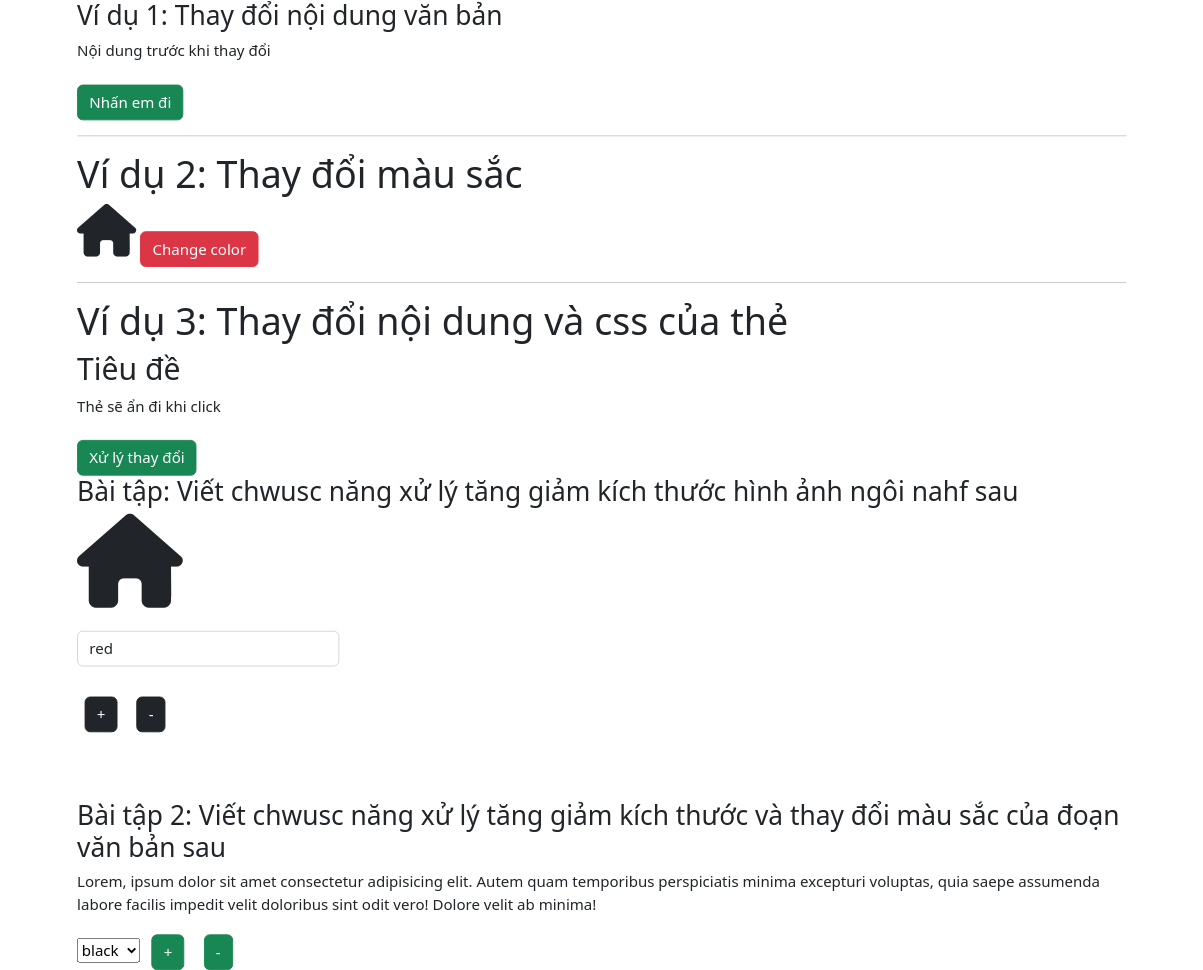
Repository: hcozyph/cyberSoft_JS_fulldocs
Page: JS_2/index.html
The author's editor kept a copy of each file at every save. The page is drawn from the files as they stood at one save, then again after the next save.
The browser window is 1280 px wide. The pictures show the whole page, at 94% of full size.

Above is the page before, as saved 2023-02-08 19:05:30.

### JS_2/index.html
<!-- bs5-$ -->
<!DOCTYPE html>
<html lang="en">
    <head>
        <title>Title</title>
        <!-- Required meta tags -->
        <meta charset="utf-8" />
        <meta
            name="viewport"
            content="width=device-width, initial-scale=1, shrink-to-fit=no"
        />

        <!-- Bootstrap CSS v5.2.1 -->
        <link
            href="https://cdn.jsdelivr.net/npm/bootstrap@5.2.1/dist/css/bootstrap.min.css"
            rel="stylesheet"
            integrity="sha384-iYQeCzEYFbKjA/T2uDLTpkwGzCiq6soy8tYaI1GyVh/UjpbCx/TYkiZhlZB6+fzT"
            crossorigin="anonymous"
        />

        <!-- FontAwesome 6.2.0 CSS -->
        <link
            rel="stylesheet"
            href="https://cdnjs.cloudflare.com/ajax/libs/font-awesome/6.2.0/css/all.min.css"
            integrity="sha512-xh6O/CkQoPOWDdYTDqeRdPCVd1SpvCA9XXcUnZS2FmJNp1coAFzvtCN9BmamE+4aHK8yyUHUSCcJHgXloTyT2A=="
            crossorigin="anonymous"
            referrerpolicy="no-referrer"
        />

        <!-- index.CSS -->
        <link rel="stylesheet" href="./style/index.css" />
    </head>

    <body>
        <div class="container">
            <h1 class="fs-3">Ví dụ 1: Thay đổi nội dung văn bản</h1>
            <p id="txtNoiDung">Nội dung trước khi thay đổi</p>
            <button
                class="btn btn-success mt-2"
                id="btnThayDoi"
                onclick="thayDoiNoiDung()"
            >
                Nhấn em đi
            </button>

            <hr />

            <h1>Ví dụ 2: Thay đổi màu sắc</h1>
            <i class="fa fa-home display-4" id="home"></i>
            <button class="btn btn-danger mt-2" onclick="changeColor()">
                Change color
            </button>

            <hr />

            <h1>Ví dụ 3: Thay đổi nội dung và css của thẻ</h1>
            <h2 id="tieuDe">Tiêu đề</h2>
            <p id="noiDung">Thẻ sẽ ẩn đi khi click</p>
            <button class="btn btn-success mt-2" onclick="changeContent()">
                Xử lý thay đổi
            </button>

            <h3>
                Bài tập: Viết chwusc năng xử lý tăng giảm kích thước hình ảnh
                ngôi nahf sau
            </h3>
            <i
                id="home"
                class="fa fa-home d-block"
                style="font-size: 100px"
            ></i>
            <br />
            <select name="" id="colors" class="form-control w-25">
                <option value="">red</option>
                <option value="">green</option>
                <option value="">blue</option>
            </select>
            <br />

            <button class="btn btn-dark mx-2 mt-2" id="btnTang">+</button>
            <button class="btn btn-dark mx-2 mt-2" id="btnGiam">-</button>

            <br /><br /><br /><br />
            <!-- BT2 -->
            <h3>
                Bài tập 2: Viết chwusc năng xử lý tăng giảm kích thước và thay
                đổi màu sắc của đoạn văn bản sau
            </h3>

            <p id="text">
                <!-- gõ lorem -> enter -->
                Lorem, ipsum dolor sit amet consectetur adipisicing elit. Autem
                quam temporibus perspiciatis minima excepturi voluptas, quia
                saepe assumenda labore facilis impedit velit doloribus sint odit
                vero! Dolore velit ab minima!
            </p>

            <select name="" id="color-text" class="my-2 form">
                <option value="" selected>black</option>
                <option value="">red</option>
                <option value="">green</option>
                <option value="">blue</option>
            </select>

            <button class="btn btn-success mx-2" id="btnTangFont">+</button>

            <button class="btn btn-success mx-2" id="btnGiamFont">-</button>
        </div>

        <!-- Bootstrap JavaScript Libraries -->
        <script
            src="https://cdn.jsdelivr.net/npm/@popperjs/core@2.11.6/dist/umd/popper.min.js"
            integrity="sha384-oBqDVmMz9ATKxIep9tiCxS/Z9fNfEXiDAYTujMAeBAsjFuCZSmKbSSUnQlmh/jp3"
            crossorigin="anonymous"
        ></script>

        <script
            src="https://cdn.jsdelivr.net/npm/bootstrap@5.2.1/dist/js/bootstrap.min.js"
            integrity="sha384-7VPbUDkoPSGFnVtYi0QogXtr74QeVeeIs99Qfg5YCF+TidwNdjvaKZX19NZ/e6oz"
            crossorigin="anonymous"
        ></script>

        <!-- js: customize -->
        <script src="./index.js"></script>
    </body>
</html>

### JS_2/style/index.css
.big-home {
    font-size: 200px;
    color: gold;
    border: 1px solid red;
}

### JS_2/index.js

//Ví dụ 1: thay đổi nội dung
function thayDoiNoiDung() {
    var thayDoiNoiDung = document.getElementById('txtNoiDung');
    thayDoiNoiDung.innerHTML = 'Nội dung sau khi thay đổi';
}

//Ví dụ 2: Thay đổi màu sắc
function changeColor () {
    var tagHome = document.getElementById('home');
    // tagHome.style.color = 'red';
    // // đối với thuộc tính CSS có 2 từ trở lên -> viết kiểu camelS
    // tagHome.style.fontSize = '200px';

    //Thay đổi class
        tagHome.className = 'fa fa-home big-home shadow-lg';
}

/*
Chuyển đổi style trong css và js
    css                 js
    font-weight         fontWeight
    background-color    backgroundColor
    margin-top          marginTop
*/

function changeContent () {
    var tagTieuDe = document.getElementById('tieuDe')
    var tagNoiDung = document.getElementById('noiDung');

    //ẩn thẻ p
    tagNoiDung.style.display = 'none';
    //thêm background, opacity, fontSize, border thẻ h2#tieuDe
    tagTieuDe.style.background = 'orange';
    tagTieuDe.style.opacity = '0.5';
    tagTieuDe.style.border = '1px solid red';
    tagTieuDe.style.fontSize = '20px';
    tagTieuDe.innerHTML = 'CyberSoft frontend !!!';
}

After the next save:
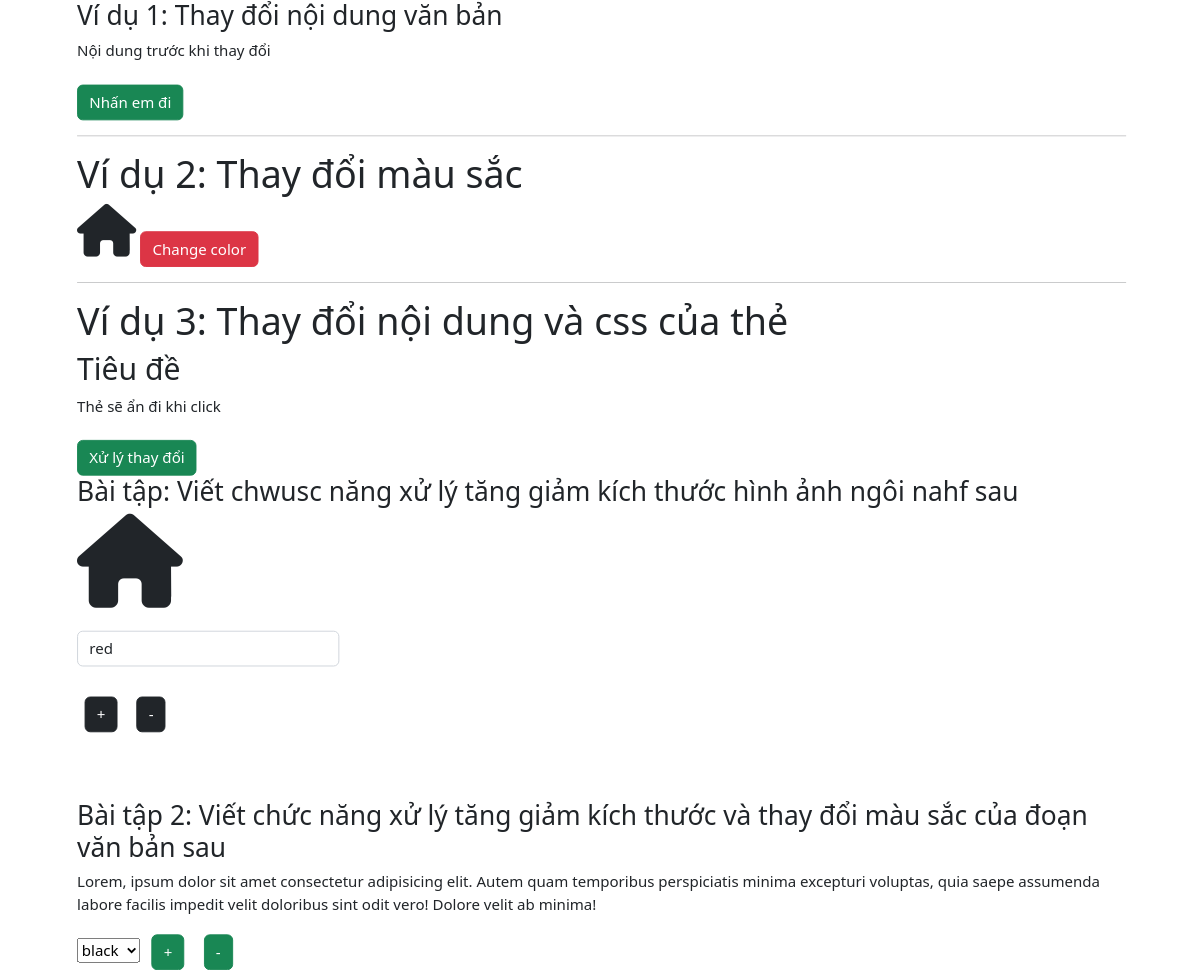
Saved 7 s later.
--- a/JS_2/index.html
+++ b/JS_2/index.html
@@ -83,8 +83,8 @@
             <br /><br /><br /><br />
             <!-- BT2 -->
             <h3>
-                Bài tập 2: Viết chwusc năng xử lý tăng giảm kích thước và thay
-                đổi màu sắc của đoạn văn bản sau
+                Bài tập 2: Viết chức năng xử lý tăng giảm kích thước và thay đổi
+                màu sắc của đoạn văn bản sau
             </h3>
 
             <p id="text">
